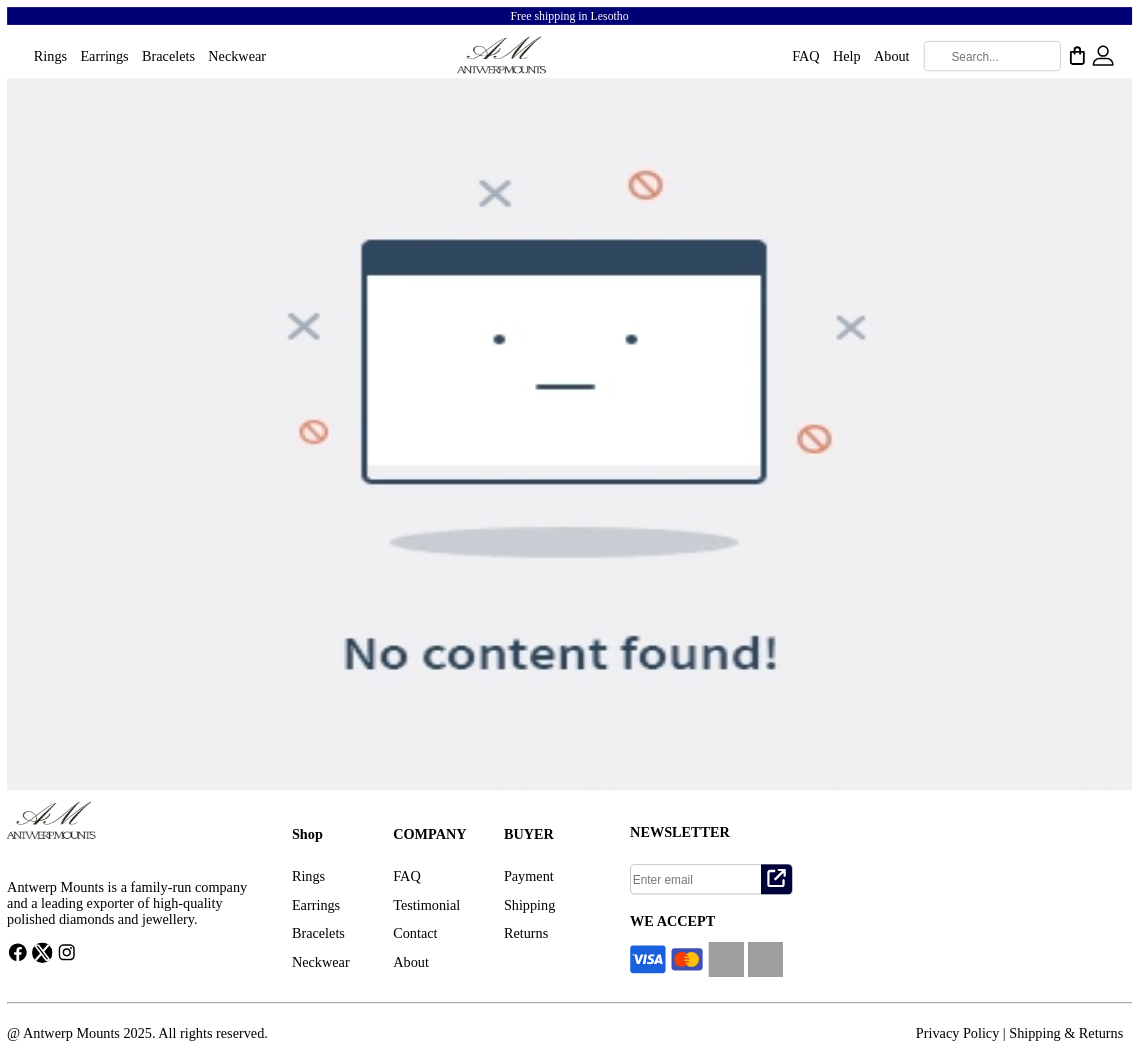
Repository: kea-0424/Web-Development-Project-1
Page: First_collaboration/JewelarySite.html
An editor plug-in stored every save of this project. The page is shown before and after the next save, followed by the edit.
The browser window is 1280 px wide. The pictures show the whole page, at 89% of full size.
Pictures or frames that could not be fetched are drawn as grey boxes.

Above is the page before, as saved 2025-01-23 11:16:20.

After the next save:
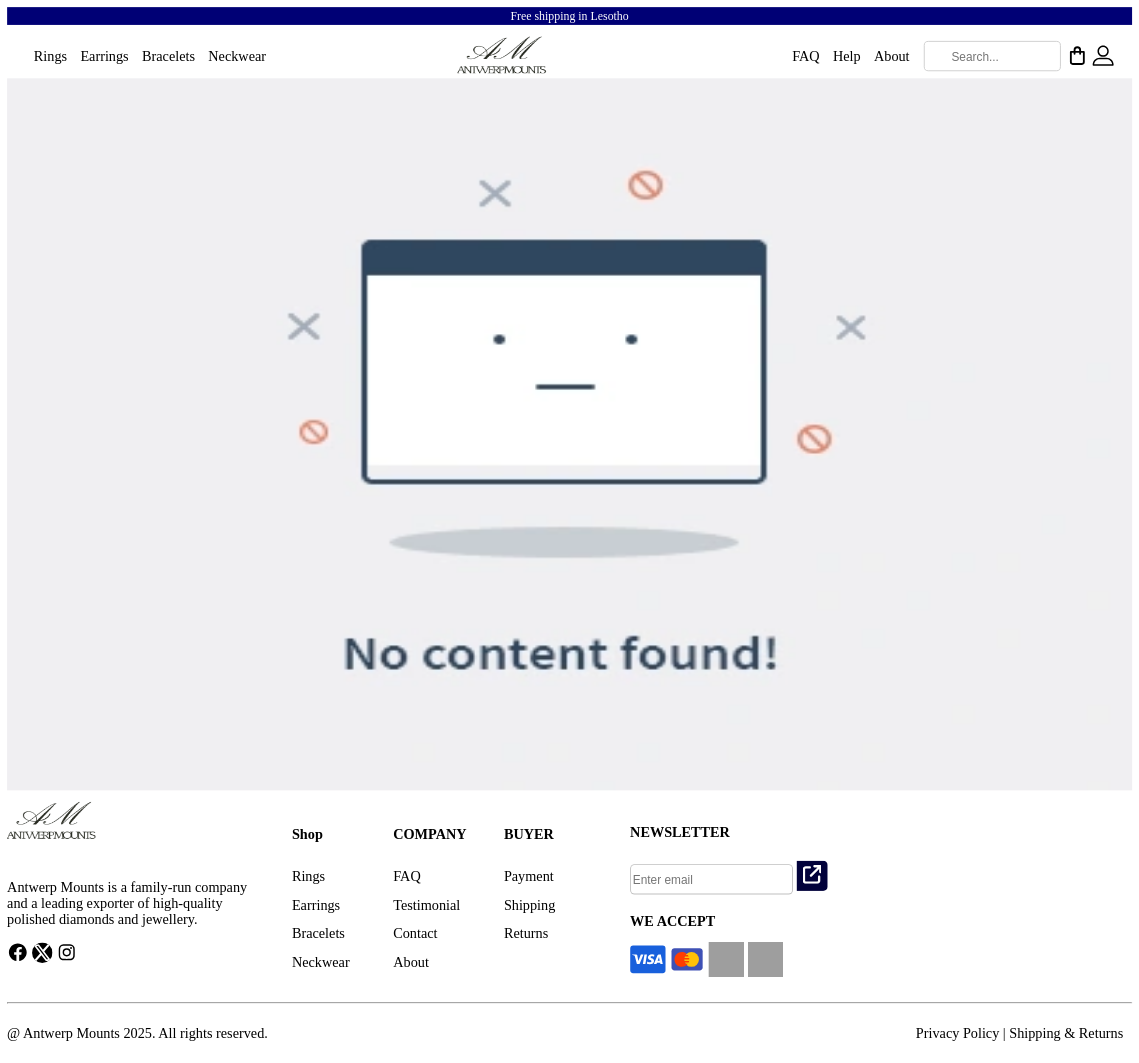
Saved 80 s later.
--- a/First_collaboration/JewelarySite.css
+++ b/First_collaboration/JewelarySite.css
@@ -148,7 +148,7 @@ footer {
     border: 1px solid transparent;
     height: 34px;
     width: 35px;
-    position: relative;
+    position: ;
     right: 40px;
     top: 4px;
     border-radius:0px 5px 5px 0px;
